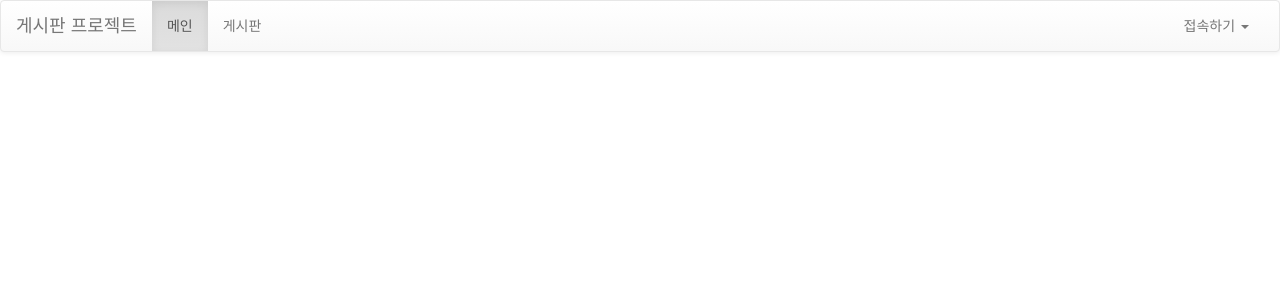
Repository: Seok7975/JSP-Education
Page: http://localhost/BBS/main.jsp
An editor plug-in stored every save of this project. The page is shown before and after the next save, followed by the edit.
The browser window is 1280 px wide. The pictures show the whole page.
Some web libraries are served in a nearby version. The page is served by Tomcat 9. Other server files are loaded and not shown.

Above is the page before, as saved 2024-06-05 08:07:12.

### List_Projects/BBS/src/main/webapp/main.jsp
 <!-- 회원가입화면 -->
<%@ page language="java" contentType="text/html; charset=UTF-8"
    pageEncoding="UTF-8"%>
<%@ page import="java.io.PrintWriter" %>
<!DOCTYPE html>
<html>
<head>
<meta http-equiv="Content-Type" content="text/html; charset=UTF-8">
<meta name="viewport" content="width=device-width, initial-scale=1">
<!-- Latest compiled and minified CSS -->
<link rel="stylesheet" href="https://cdn.jsdelivr.net/npm/bootstrap@3.3.7/dist/css/bootstrap.min.css" integrity="sha384-BVYiiSIFeK1dGmJRAkycuHAHRg32OmUcww7on3RYdg4Va+PmSTsz/K68vbdEjh4u" crossorigin="anonymous">
<!-- Optional theme -->
<link rel="stylesheet" href="https://cdn.jsdelivr.net/npm/bootstrap@3.3.7/dist/css/bootstrap-theme.min.css" integrity="sha384-rHyoN1iRsVXV4nD0JutlnGaslCJuC7uwjduW9SVrLvRYooPp2bWYgmgJQIXwl/Sp" crossorigin="anonymous">
<!-- jQuery (necessary for Bootstrap's JavaScript plugins) -->
<script src="https://code.jquery.com/jquery-3.1.1.min.js"></script>
<!-- Latest compiled and minified JavaScript -->
<script src="https://cdn.jsdelivr.net/npm/bootstrap@3.3.7/dist/js/bootstrap.min.js" integrity="sha384-Tc5IQib027qvyjSMfHjOMaLkfuWVxZxUPnCJA7l2mCWNIpG9mGCD8wGNIcPD7Txa" crossorigin="anonymous"></script>
<title>JSP 게시판 웹 사이트</title>
</head>
<body>
<%
	String userID = null;
	if (session.getAttribute("userID") != null) {
		userID = (String) session.getAttribute("userID");
	}
%>
	<nav class="navbar navbar-default">
		<div class="container-fluid">
			<div class="navbar-header">
				<button type="button" class="navbar-toggle collapsed" data-toggle="collapse" data-target="#bs-example-navbar-collapse-1" aria-expanded="false">
					<span class="sr-only">Toggle navigation</span>
					<span class="icon-bar"></span>
					<span class="icon-bar"></span>
					<span class="icon-bar"></span>
				</button>
				<a class="navbar-brand" href="main.jsp">게시판 프로젝트</a>
			</div>
			<div class="collapse navbar-collapse" id="bs-example-navbar-collapse-1">
				<ul class="nav navbar-nav">
					<li class="active"><a href="main.jsp">메인</a></li>
					<li><a href="bbs.jsp">게시판</a></li>
				</ul>
				<%
					if(userID == null) {
				%>
					<ul class="nav navbar-nav navbar-right">
						<li class="dropdown">
							<a href="#" class="dropdown-toggle" data-toggle="dropdown" role="button" aria-haspopup="true" aria-expanded="false">접속하기 <span class="caret"></span></a>
							<ul class="dropdown-menu">
								<li><a href="login.jsp">로그인</a></li>
								<li><a href="join.jsp">회원가입</a></li>
							</ul>
						</li>
					</ul>
				<%
					} else {
				%>
						<ul class="nav navbar-nav navbar-right">
						<li class="dropdown">
							<a href="#" class="dropdown-toggle" data-toggle="dropdown" role="button" aria-haspopup="true" aria-expanded="false">회원관리<span class="caret"></span></a>
							<ul class="dropdown-menu">
								<li><a href="logoutAction.jsp">로그아웃</a></li>
							</ul>
						</li>
					</ul>
				<%
					}
				%>
			</div>
		</div>
	</nav>
</body>
</html>

After the next save:
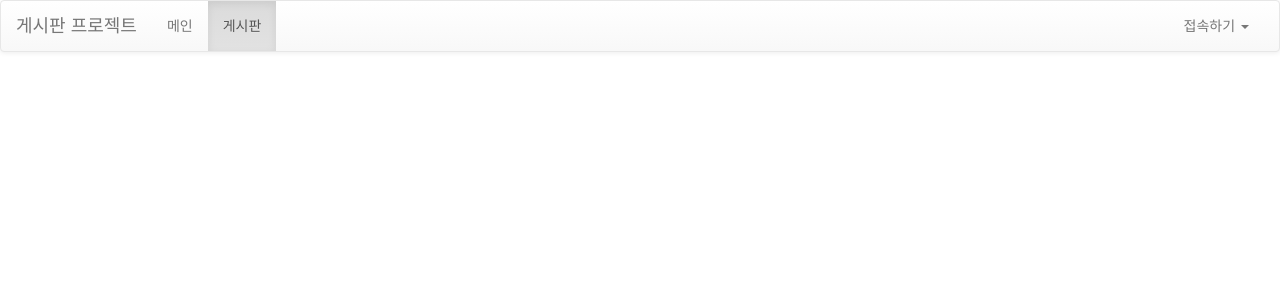
Saved 2 h 1 min later.
--- a/List_Projects/BBS/src/main/webapp/main.jsp
+++ b/List_Projects/BBS/src/main/webapp/main.jsp
@@ -37,8 +37,8 @@
 			</div>
 			<div class="collapse navbar-collapse" id="bs-example-navbar-collapse-1">
 				<ul class="nav navbar-nav">
-					<li class="active"><a href="main.jsp">메인</a></li>
-					<li><a href="bbs.jsp">게시판</a></li>
+					<li><a href="main.jsp">메인</a></li>
+					<li class="active"><a href="bbs.jsp">게시판</a></li>
 				</ul>
 				<%
 					if(userID == null) {

After the save that followed:
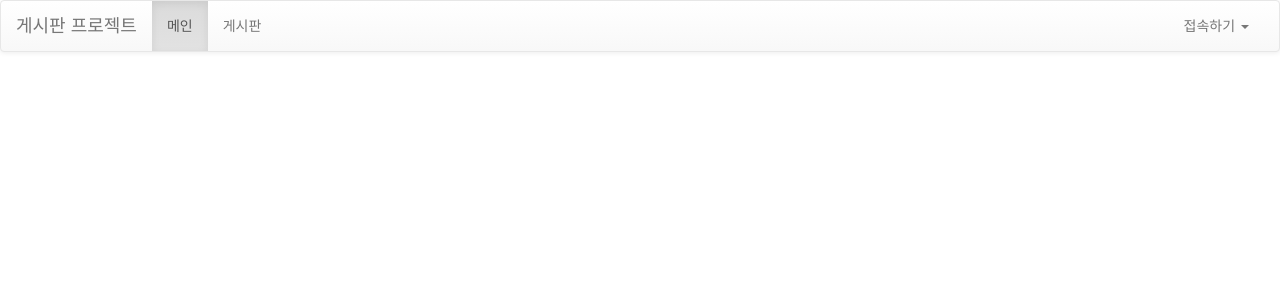
Saved 6 s later.
--- a/List_Projects/BBS/src/main/webapp/main.jsp
+++ b/List_Projects/BBS/src/main/webapp/main.jsp
@@ -37,8 +37,8 @@
 			</div>
 			<div class="collapse navbar-collapse" id="bs-example-navbar-collapse-1">
 				<ul class="nav navbar-nav">
-					<li><a href="main.jsp">메인</a></li>
-					<li class="active"><a href="bbs.jsp">게시판</a></li>
+					<li class="active"><a href="main.jsp">메인</a></li>
+					<li><a href="bbs.jsp">게시판</a></li>
 				</ul>
 				<%
 					if(userID == null) {
